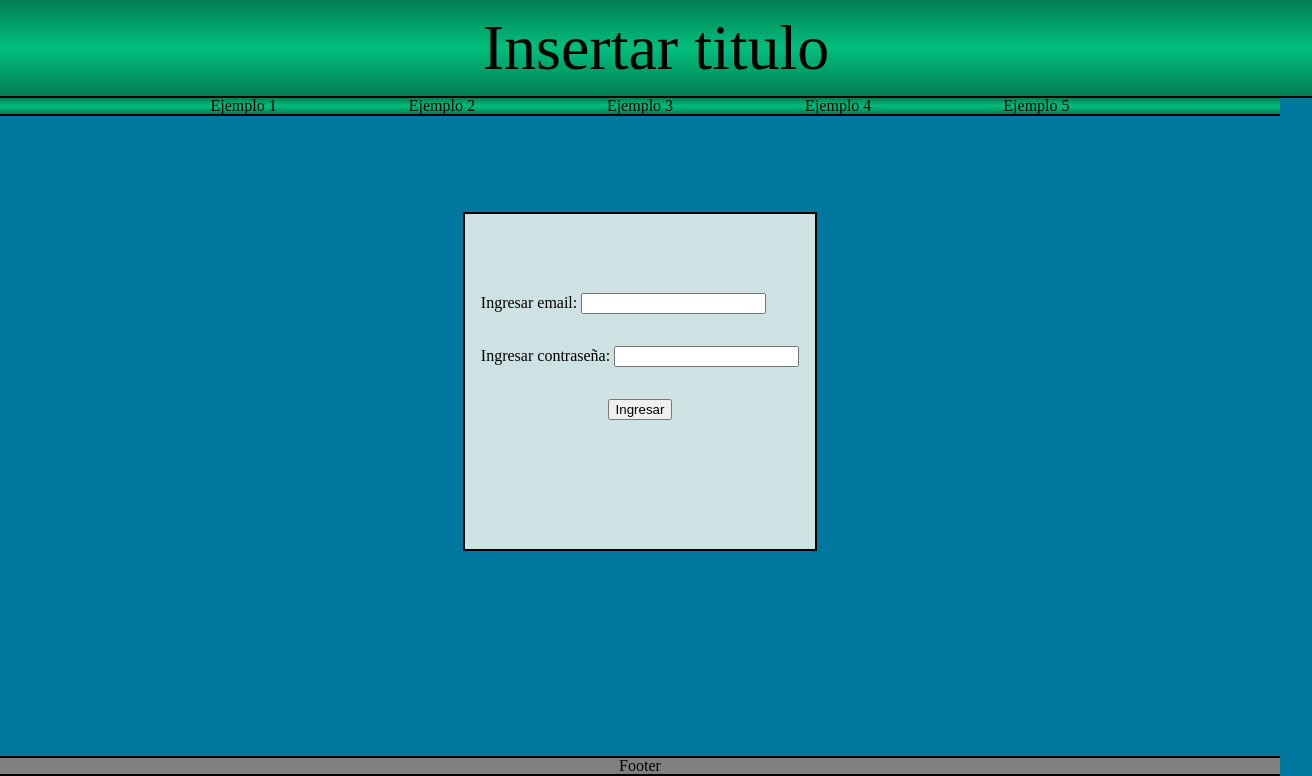
Repository: FacundoKinderknecht/Parcial-2-LPPA
Page: login/login.html
These files come from the project's save history. The page is drawn as it stood at one moment and after a run of saves; the edit follows.
The browser window is 1280 px wide. The page is 1312 px wide, so the pictures cover 1312 px, including what lies to the right of the window. The pictures show the whole page.

Above is the page before, as saved 2022-07-06 10:42:10.

After the next 3 saves:
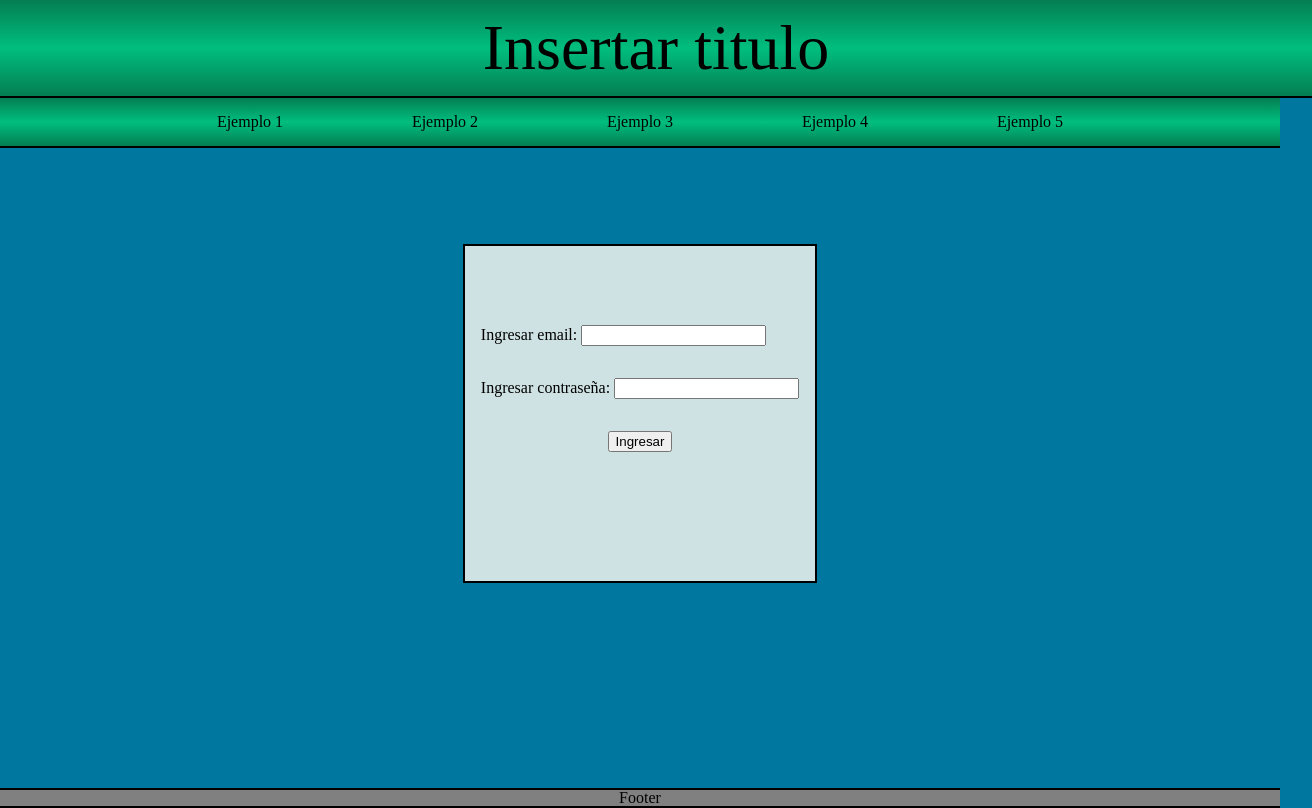
The 3 saves are shown as one change because they came seconds apart.
The last was saved 42 s later.
--- a/login/login.css
+++ b/login/login.css
@@ -8,18 +8,16 @@ header{
 nav{
     display: inline;
     text-decoration: none;
-    width: 100%;
 }
 li{
+    padding: 1rem;
     background: linear-gradient(to top, rgb(4, 126, 83), rgb(0, 190, 126), rgb(4, 126, 83));
     text-decoration: none;
-    width: 100%;
     list-style: none;
     color: black;
     border-bottom: black 2px solid;
 }
 a{
-    width: 100%;
     text-decoration: none;
     color: black;
     padding: 0% 5%;
